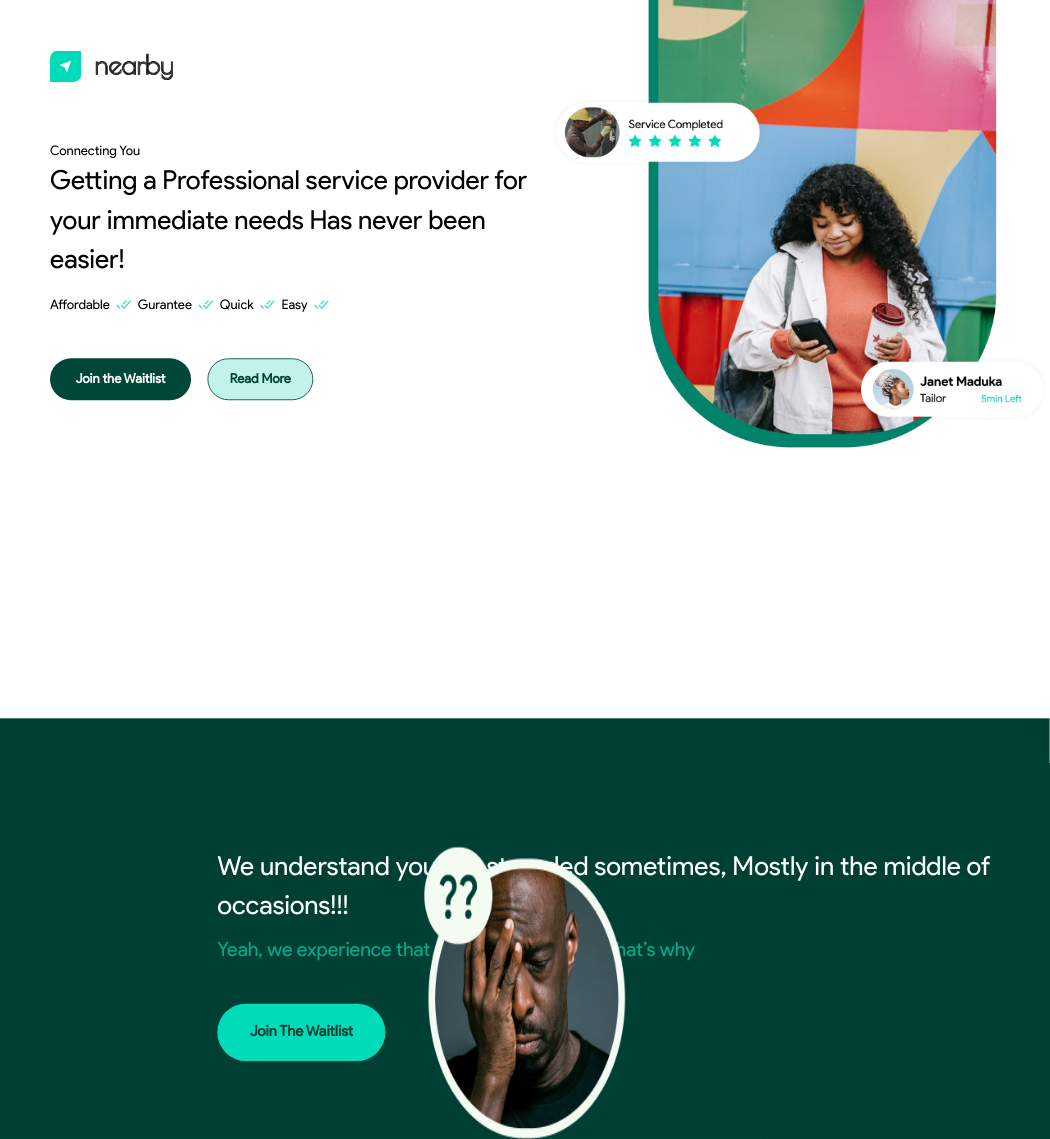
Repository: Eugene44-hub/Mearby
Page: /
An editor plug-in stored every save of this project. The page is shown before and after the next save, followed by the edit.
The browser window is 1280 px wide. The pictures show the whole page, at 82% of full size.
The project was rebuilt for these pictures with package versions that can differ from the ones it lists, and the page was loaded fresh each time.

Above is the page before, as saved 2022-04-30 07:10:51.

### src/App.tsx
import React from 'react';
import Hero from './components/hero/Hero';
import Nav from './components/nav/Nav';
import LandingPage from './pages/landing/LandingPage';

function App() {
  return (
   <>
<Nav/>
<LandingPage/>
</>

);
}

export default App;

### src/components/nav/Nav.tsx
import React from 'react';
import send from '../../assets/images/send.svg';
import nearby from '../../assets/images/nearby logo.svg';
import styles from "./Nav.module.css"
const Nav = () => {
	return (
		<nav className={`md:h-auto h-[96.57px] ${styles.nav} flex`}>
			<header className="m-auto block md:hidden">
				<div className="flex justify-center">
					<img
						src={send}
						className="bg-[#00DCBA] mr-[16.79px] p-3 rounded-tl-[8.91471px] rounded-br-[8.91471px]"
						alt="send"
					/>
					<img src={nearby} alt="send" />
				</div>
			</header>
		</nav>
	);
};

export default Nav;

### src/pages/landing/LandingPage.tsx
import React from 'react'
import Hero from '../../components/hero/Hero';
import Understand from '../../components/understand/Understand';
const LandingPage = () => {
  return (
    <>

    <Hero/>
    <Understand/>
    </>
  )
}

export default LandingPage

### src/components/nav/Nav.module.css
@media screen and (max-width:768px) {
    .nav{
/* display: none; */
/* bg-[#014034] */
background-color:#014034;
}
}

### src/components/hero/Hero.tsx
import React from 'react';
import styles from './Hero.module.css';
import checked from '../../assets/images/checked.png';
import heroImg from '../../assets/images/heroImg.png';
import send from '../../assets/images/send.svg';
import nearby from '../../assets/images/nearbyDark.svg';

const Hero = () => {
	const minorText: string[] = [ 'affordable', 'gurantee', 'quick', 'easy' ];
	return (
		<section className=" md:pl-[61px]">
			<div className={`${styles.container} md:flex justify-between`}>
				<div className={`${styles.heroContainer} mb-[3rem] flex flex-wrap md:w-[50%]`}>
					<div className="md:flex w-[20%] hidden mt-[62px] items-center">
						<img
							src={send}
							className="bg-[#00DCBA] w-[100%] mr-[16.79px] p-3 rounded-tl-[8.91471px] rounded-br-[8.91471px]"
							alt="send"
						/>
						<img src={nearby} alt="send" />
					</div>

					<div className="m-auto">
						<h2 className={` ${styles.connectHead} flex items-end md:h-[95.5px]`}>Connecting You</h2>
						<p className={`text-[2rem] ${styles.connectText}`}>
							Getting a Professional service provider for your immediate needs Has never been easier!
						</p>
					</div>

					<ul className={`${styles.connectList} mt-5 flex justify-between `}>
						{minorText.map((item, index) => (
							<li key={index} className="flex items-center capitalize mr-2">
								{item} <img src={checked} className="w-[18px] ml-2" alt="checked" />
							</li>
						))}
					</ul>

					<div className="w-[100%] md:pt-[53px] md:px-0 p-5">
						<button className="bg-[#004639] font-bold w-[172px] h-[51px] text-white mr-5 rounded-[50px]">
							Join the Waitlist
						</button>
						<button className="bg-[#C1F2EB] font-bold w-[129px] h-[51px] rounded-[50px] text-[#004034] border border-[#004034] capitalize">
							read more
						</button>
					</div>
				</div>
				<div className="md:w-[50%]">
					<img src={heroImg} className={styles.heroImg} alt="" />
				</div>
			</div>
		</section>
	);
};

export default Hero;
// wKcVoY0oBaK0dDUj5
// yX2Q8nskPsN4AjVkAPMBM

### src/components/understand/Understand.tsx
import React from 'react'
import understand from "../../assets/images/understand.png"
import WaitLight from "../../components/Buttons/WaitLight"
const Understand = () => {
  return (
    <div className='bg-[#004034] px-5 pt-[9.75rem] md:flex relative mt-[20rem]'>

  <img src={understand} className="md:relative absolute translate-x-[-50%] left-[50%] top-[-20%]" alt="understand" />

<div>
<div>
  <p className='text-[2rem] text-white'>
  We understand you get stranded sometimes, Mostly in the middle of occasions!!!
  </p>
  <p className='mt-3 text-[1.5rem] text-[#01AB8B] '>
  Yeah, we experience that too and it sucks and that’s why  </p>
</div>

<div className='pt-[3rem] pb-[5.938rem]'>
<WaitLight/>
</div>

</div>



    </div>
  )
}

export default Understand

### src/components/hero/Hero.module.css
.container{
height: 812px;
background-image: url(../../assets/images/mobileHero.png);
background-repeat: no-repeat;
background-position: center;
background-size: 133% 100%;
}


.heroImg{
    display: none;
    width: 100%;
}
.heroContainer{
    /* background-color: black; */
    color: white;

}
.connectHead,.connectText,.connectList{
    padding: 20px;

}
@media screen and (min-width:600px) {
    .container{
    background-image:none;
    height: auto;
}
.connectHead{
    background-color: none;
}
.heroImg{
    display: block;
}
.connectHead{
    background-color: none;
}
.heroContainer{
    /* background-color: black; */
    color: black ;
}

}

@media screen and (min-width:768px) {
    .connectHead,.connectText,.connectList{
        padding: 0px;
    }

}


@media screen and (max-width:600px){
.connectHead{
    background-color: #004034;
}

}
/* .minorTxt{
} */
/* linear-gradient(rgba(0, 64, 52, 1), rgba(0, 57, 64, 0)) */
/* linear-gradient(rgba(0, 64, 52, 1),rgba(0, 64, 52, 1)) */

### src/components/Buttons/WaitLight.tsx
import React from 'react'
import styles from "./Button.module.css"

const Wait = () => {
  return (
    <button className={`${styles.light} capitalize`}>Join the waitlist</button>

  )
}

export default Wait

### src/components/Buttons/Button.module.css
    .light {
        background-color: #00DCBA;
        color: #004034;
        width: 205px;
        font-size: 1.125rem;
    }

    .dark {
        background-color: #004639;
        color: #004034;
        font-size: "1rem";
        width: 192px;
    }

    .light,
    .dark {
        height: 70px;
        border-radius: 50px;
        font-weight: bold;
    }

Loaded but not shown: public/index.html (common file); src/index.tsx (common file); src/index.css (common file); tailwind.config.js (common file)

After the next save:
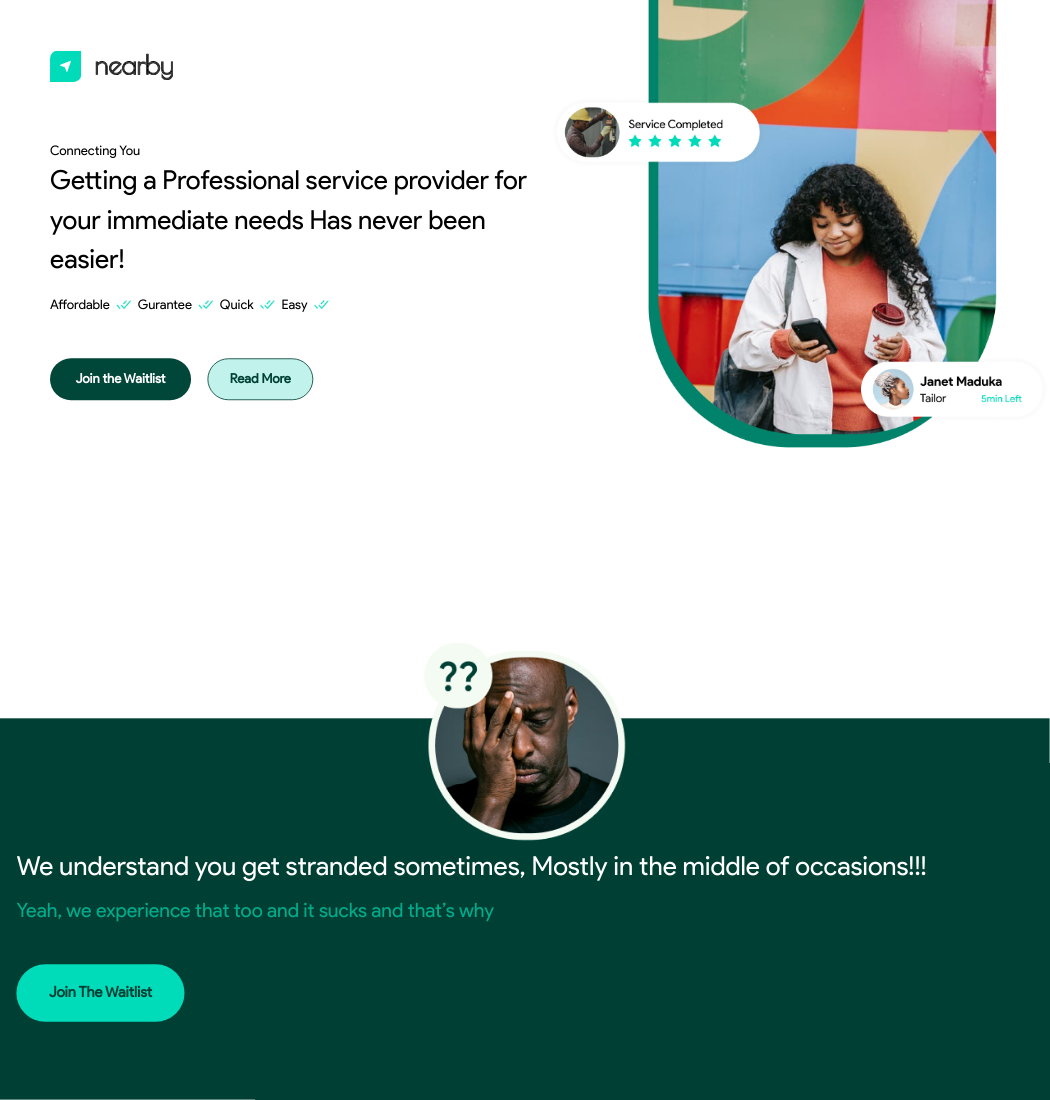
Saved 9 s later.
--- a/src/components/understand/Understand.tsx
+++ b/src/components/understand/Understand.tsx
@@ -5,7 +5,7 @@
   return (
     <div className='bg-[#004034] px-5 pt-[9.75rem] md:flex relative mt-[20rem]'>
 
-  <img src={understand} className="md:relative absolute translate-x-[-50%] left-[50%] top-[-20%]" alt="understand" />
+  <img src={understand} className="md: absolute translate-x-[-50%] left-[50%] top-[-20%]" alt="understand" />
 
 <div>
 <div>

After the save that followed:
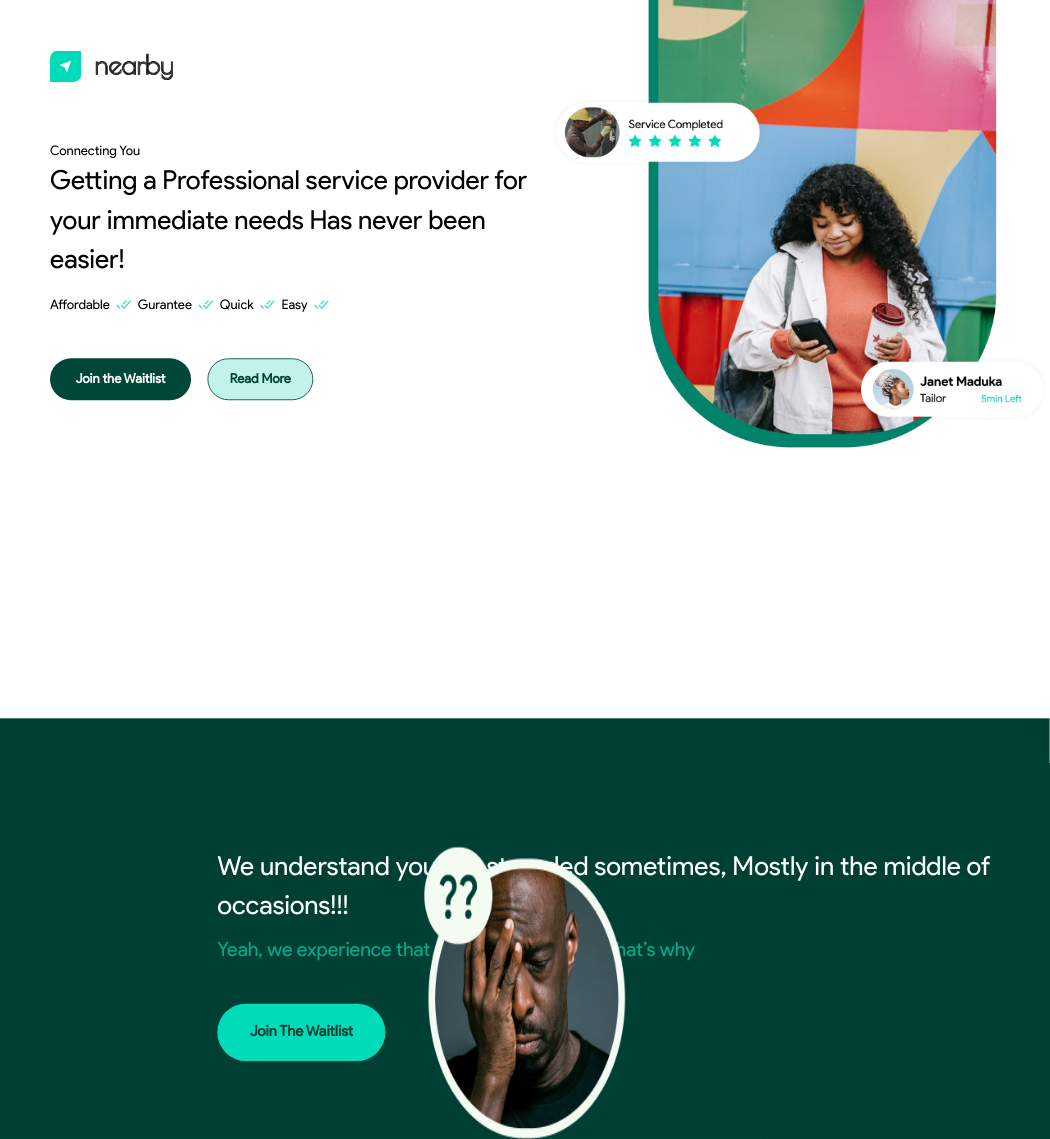
Saved 5 s later.
--- a/src/components/understand/Understand.tsx
+++ b/src/components/understand/Understand.tsx
@@ -5,7 +5,7 @@
   return (
     <div className='bg-[#004034] px-5 pt-[9.75rem] md:flex relative mt-[20rem]'>
 
-  <img src={understand} className="md: absolute translate-x-[-50%] left-[50%] top-[-20%]" alt="understand" />
+  <img src={understand} className="md:relative absolute translate-x-[-50%] left-[50%] top-[-20%]" alt="understand" />
 
 <div>
 <div>
